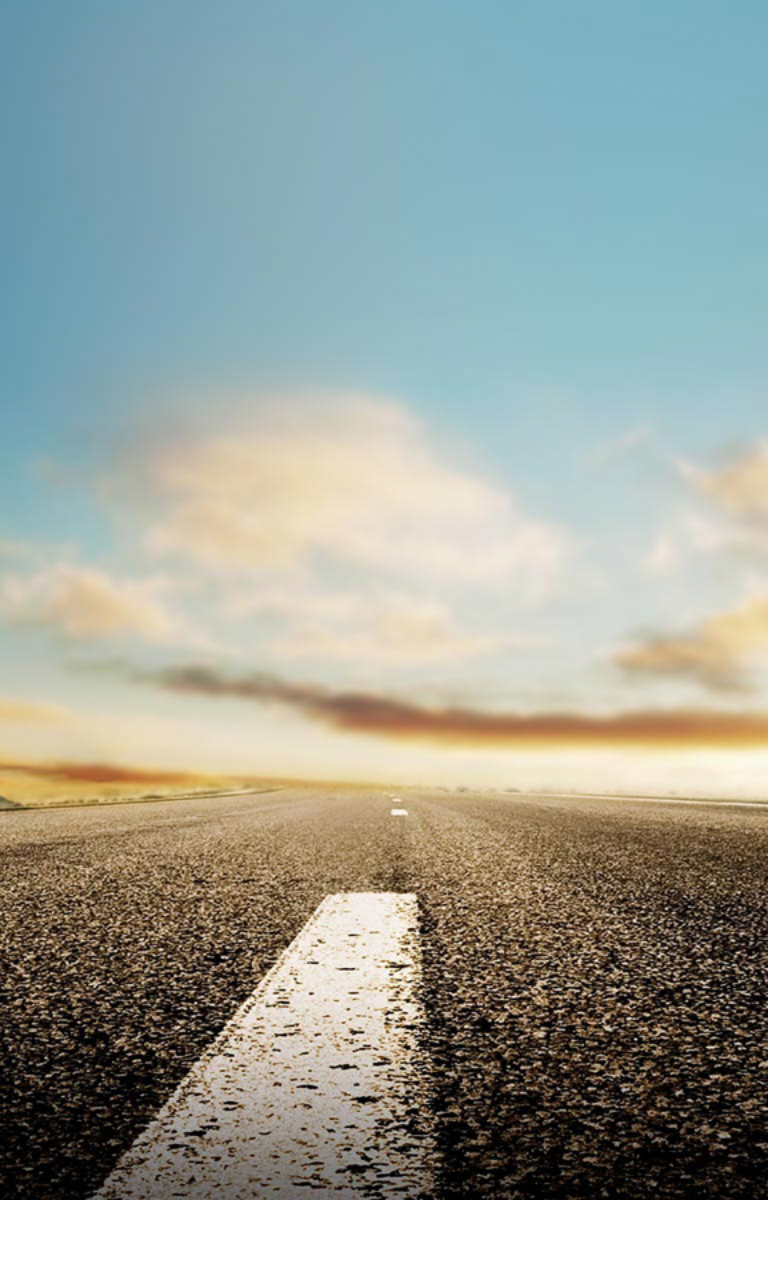
Repository: ymc-sise/sport-memory
Layout: memory/res/layout/impressum.xml
The author's editor kept a copy of each file at every save. The layout is drawn from the files as they stood at one save, then again after the next save.
It is drawn on a 768 x 1280 px phone screen (xhdpi) without system bars, with theme android:Theme.Wallpaper; the app's code is not run.

Above is the layout before, as saved 2014-01-18 20:56:02.

### memory/res/layout/impressum.xml
<?xml version="1.0" encoding="utf-8"?>
<LinearLayout xmlns:android="http://schemas.android.com/apk/res/android"
    android:layout_width="match_parent"
    android:layout_height="match_parent"
    android:orientation="vertical" >

            <ImageView
        android:id="@+id/imageView1"
        android:layout_width="wrap_content"
        android:layout_height="wrap_content"
        android:scaleType="centerCrop"
        android:layout_alignParentLeft="true"
        android:layout_alignParentTop="true"
        android:src="@drawable/running" />

    <TextView
        android:id="@+id/textView1"
        android:layout_width="match_parent"
        android:layout_height="164dp"
        android:text="@string/impress"
        android:textAppearance="?android:attr/textAppearanceMedium" />

    <TextView
        android:id="@+id/textView2"
        android:layout_width="match_parent"
        android:layout_height="wrap_content"
        android:text="@string/impress2"
        android:textAppearance="?android:attr/textAppearanceMedium" />

    <TextView
        android:id="@+id/TextView01"
        android:layout_width="match_parent"
        android:layout_height="wrap_content"
        android:text="@string/impress3"
        android:textAppearance="?android:attr/textAppearanceMedium" />

    <TextView
        android:id="@+id/TextView02"
        android:layout_width="match_parent"
        android:layout_height="wrap_content"
        android:text="@string/impress4"
        android:textAppearance="?android:attr/textAppearanceMedium" />

</LinearLayout>

### memory/res/values/strings.xml
<?xml version="1.0" encoding="utf-8"?>
<resources>

    <string name="app_name">Sport memory</string>
    <string name="spielen">Play</string>
    <string name="einstellung">Settings</string>
    <string name="impressum">About</string>
    <string name="version10">Version 1.0</string>
    <string name="anzKarten">Number of cards</string>
    <string name="sechszehn">16</string>
    <string name="vierundzwanzig">24</string>
    <string name="zurueck">Back</string>
    <string name="spielername">Player name</string>
    <string name="namEingeben">Enter your name!</string>
    <string name="sechsunddreissig">36</string>
    <string name="tries">Tries:</string>
    <string name="url">URL</string>
    <string name="urlEingeben">localhost</string>
    <string name="localhost">use LocalHost</string>
    <string name="LocalHost">localhost</string>
    <string name="mustermann">Mustermann</string>
    <string name="thisisanull">0</string>
    <string name="impress">Sport memory is a student project. You have to solve memory additionaly with your gps coordinates.</string>
    <string name="impress2">Software licence: Apache License 2.0</string>
    <string name="impress3"></string>
    <string name="impress4">Developer Simon Schneeberger</string>
    <string name="Timer">Timer:</string>
    <string name="time">00:00:00</string>
    <string name="latitudeLabel">Latitude:</string>
    <string name="longitudeLabel">Longitude:</string>
    <string name="longitudeValue">0.000000</string>
    <string name="latitudeValue">0.000000</string>

</resources>

After the next save:
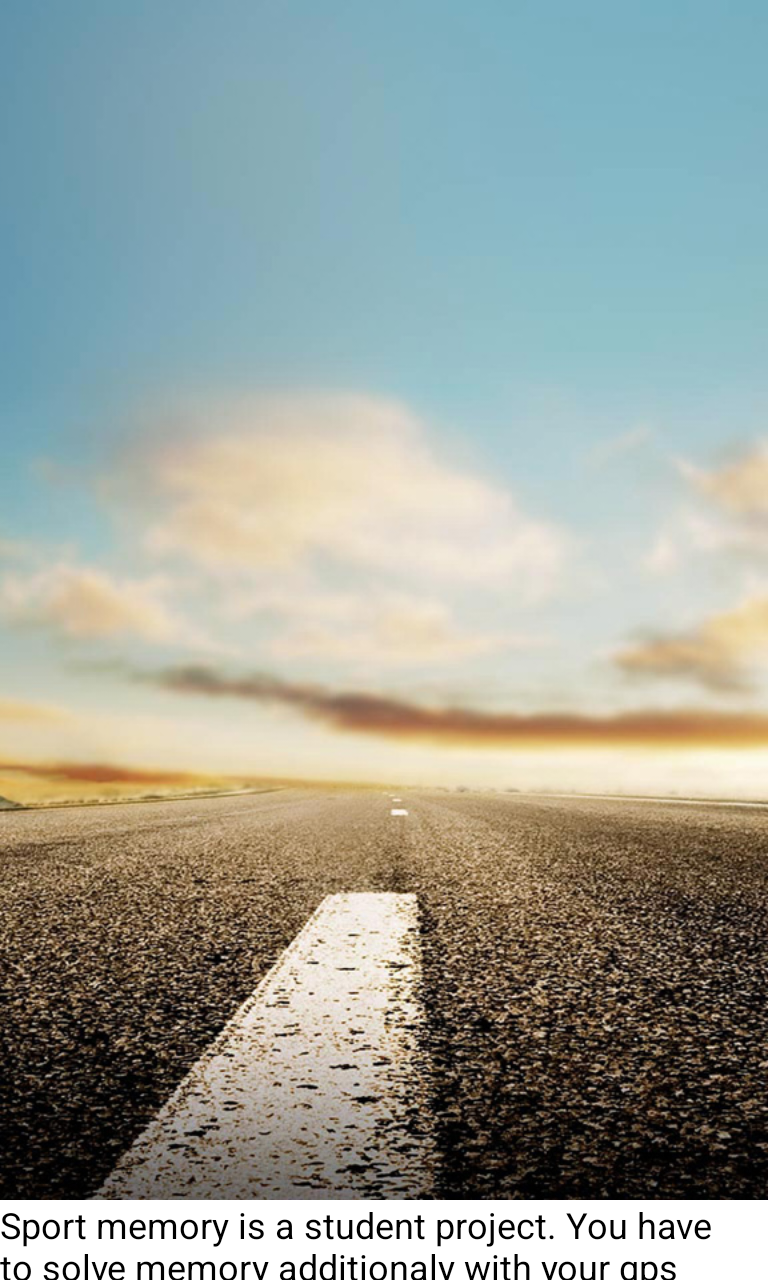
Saved 92 s later.
--- a/memory/res/layout/impressum.xml
+++ b/memory/res/layout/impressum.xml
@@ -18,27 +18,31 @@
         android:layout_width="match_parent"
         android:layout_height="164dp"
         android:text="@string/impress"
-        android:textAppearance="?android:attr/textAppearanceMedium" />
+        android:textAppearance="?android:attr/textAppearanceMedium"
+        android:textColor="#000000"/>
 
     <TextView
         android:id="@+id/textView2"
         android:layout_width="match_parent"
         android:layout_height="wrap_content"
         android:text="@string/impress2"
-        android:textAppearance="?android:attr/textAppearanceMedium" />
+        android:textAppearance="?android:attr/textAppearanceMedium"
+        android:textColor="#000000" />
 
     <TextView
         android:id="@+id/TextView01"
         android:layout_width="match_parent"
         android:layout_height="wrap_content"
         android:text="@string/impress3"
-        android:textAppearance="?android:attr/textAppearanceMedium" />
+        android:textAppearance="?android:attr/textAppearanceMedium"
+        android:textColor="#000000"/>
 
     <TextView
         android:id="@+id/TextView02"
         android:layout_width="match_parent"
         android:layout_height="wrap_content"
         android:text="@string/impress4"
-        android:textAppearance="?android:attr/textAppearanceMedium" />
+        android:textAppearance="?android:attr/textAppearanceMedium"
+        android:textColor="#000000"/>
 
 </LinearLayout>
